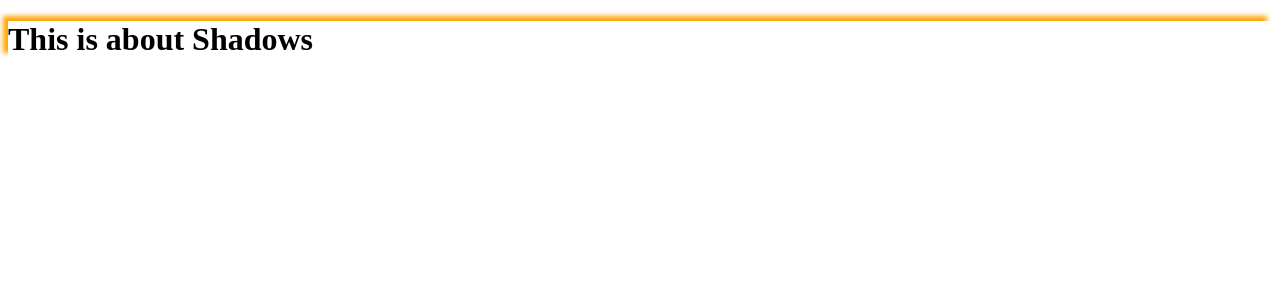
Repository: nottonofclay/csi_waymo
Page: shadows/shadows.html
An editor plug-in stored every save of this project. The page is shown before and after the next save, followed by the edit.
The browser window is 1280 px wide. The pictures show the whole page.

Above is the page before, as saved 2023-07-06 12:05:14.

### shadows/shadows.html
<!DOCTYPE html>
<html lang="en">
<head>
    <meta charset="UTF-8">
    <meta name="viewport" content="width=device-width, initial-scale=1.0">
    <title>Document</title>
    <link rel="stylesheet" href="shadows.css">
</head>
<body>
    <h1>This is about Shadows</h1>
</body>
</html>

### shadows/shadows.css
/* x-axis || y-axis || spread || color*/
h1 {
    /* text-shadow: 5px -5px 3px red, -5px 5px 3px orange, 0px 0px 5px grey; */
    box-shadow: -5px -5px 5px orange;
}

After the next save:
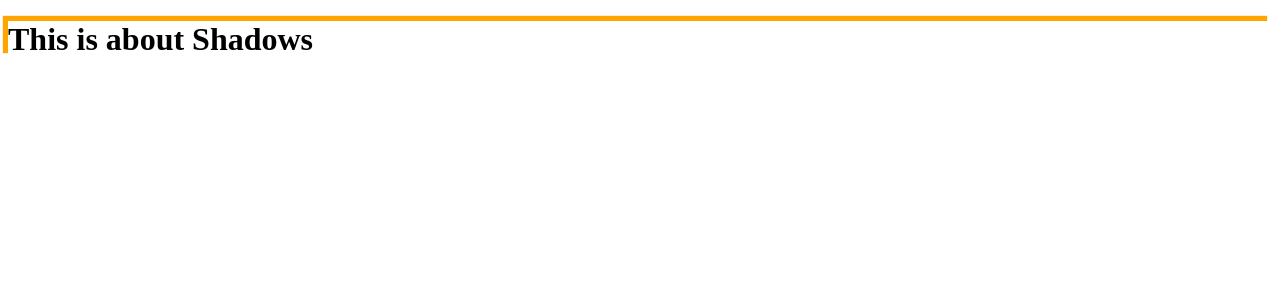
Saved 7 s later.
--- a/shadows/shadows.css
+++ b/shadows/shadows.css
@@ -1,5 +1,5 @@
 /* x-axis || y-axis || spread || color*/
 h1 {
     /* text-shadow: 5px -5px 3px red, -5px 5px 3px orange, 0px 0px 5px grey; */
-    box-shadow: -5px -5px 5px orange;
+    box-shadow: -5px -5px 1px orange;
 }
